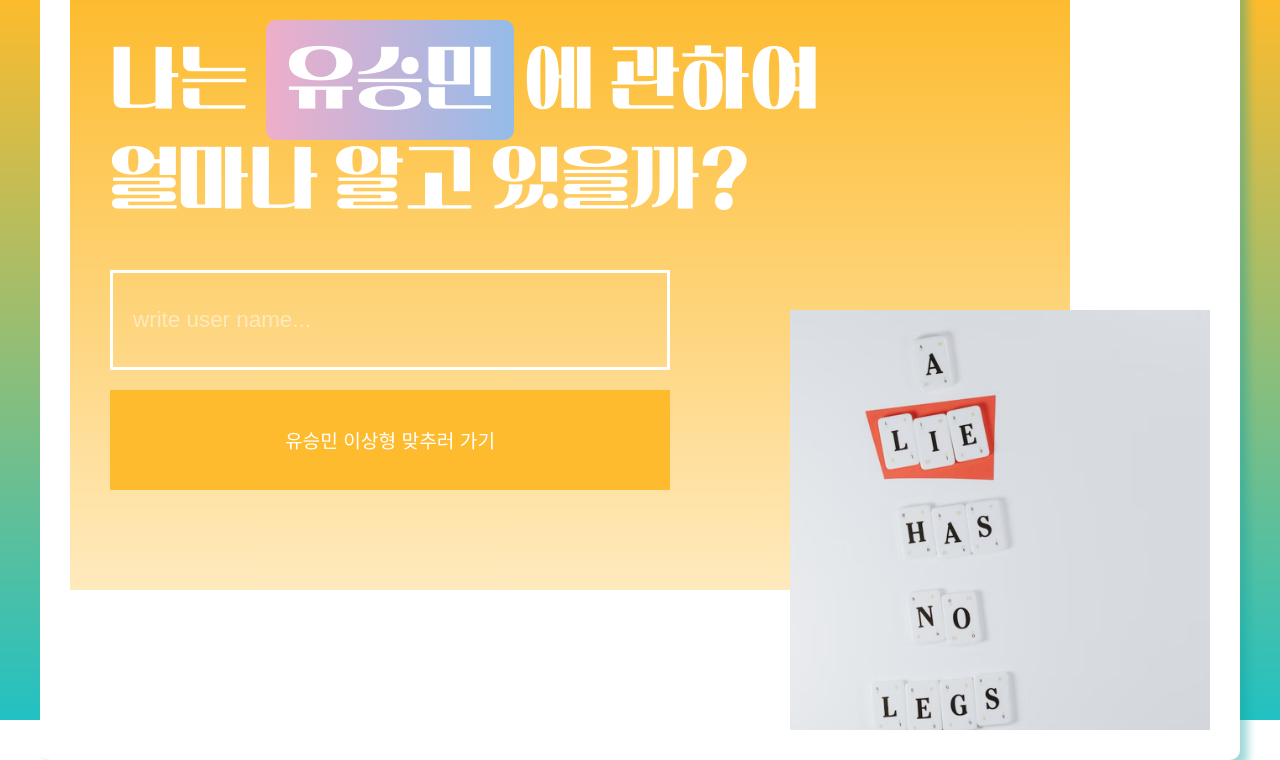
Repository: dnjfht/quiz3
Page: /
These files come from the project's save history. The page is drawn as it stood at one moment and after the next save; the edit follows.
The browser window is 1280 px wide. The pictures show the whole page.
The project was rebuilt for these pictures with package versions that can differ from the ones it lists, and the page was loaded fresh each time. Also part of the build but not shown: src/components/Progress.js, src/components/Quiz.js, src/components/Score.js, src/components/Message.js, src/components/Ranking.js, src/components/NotPage.js.

Above is the page before, as saved 2023-04-15 13:42:32.

After the next save:
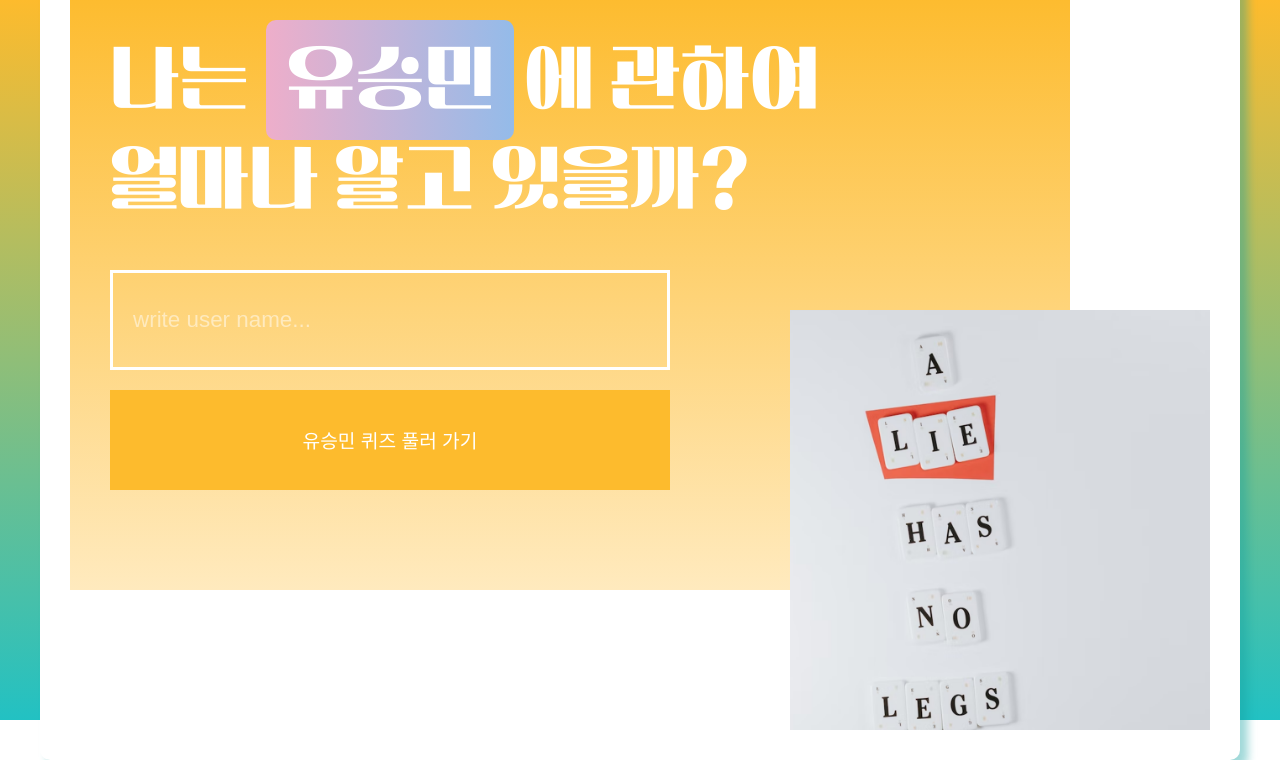
Saved 3 min 16 s later.
--- a/src/components/Start.js
+++ b/src/components/Start.js
@@ -142,9 +142,7 @@ export default function Start() {
           ref={userNameInputRef}
         />
 
-        <Button
-          onClick={handleAddUserName}
-        >{`${name} 이상형 맞추러 가기`}</Button>
+        <Button onClick={handleAddUserName}>{`${name} 퀴즈 풀러 가기`}</Button>
       </Square>
     </Wrap>
   );
